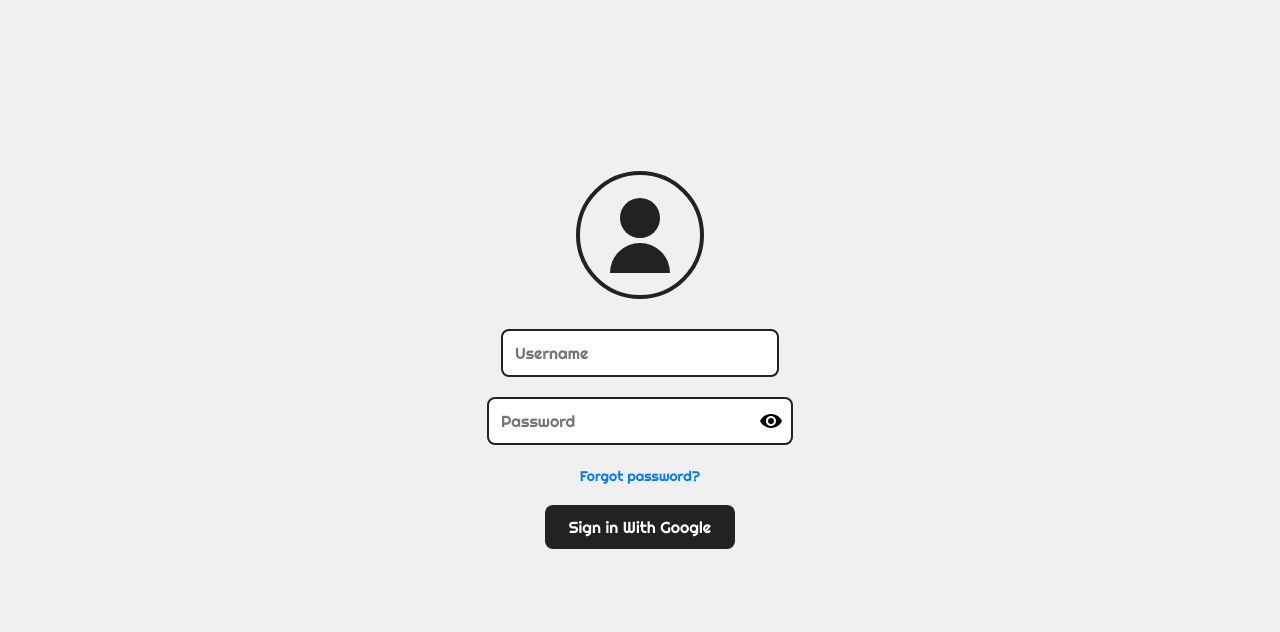
Repository: saifg123/Peer
Page: signin.html
An editor plug-in stored every save of this project. The page is shown before and after the next save, followed by the edit.
The browser window is 1280 px wide. The pictures show the whole page.

Above is the page before, as saved 2025-05-19 19:27:25.

### signin.html
  <!DOCTYPE html>
  <html lang="en">
  <head>
    <script src="https://accounts.google.com/gsi/client" async defer></script>
    <meta charset="UTF-8">
    <meta name="viewport" content="width=device-width, initial-scale=1.0">
    <title>Sign In</title>
    <link href="https://fonts.googleapis.com/css2?family=Righteous&display=swap" rel="stylesheet">
    <style>

  body {
        margin: 0;
        font-family: 'Righteous', cursive;
        background-color: #f0f0f0;
        display: flex;
        flex-direction: column;
        align-items: center;
        justify-content: center;
        height: 100vh;
      }

      .sign-in-container {
        text-align: center;
      }

      .guest-avatar-large {
        width: 120px;
        height: 120px;
        border: 4px solid #222;
        border-radius: 50%;
        display: flex;
        flex-direction: column;
        justify-content: center;
        align-items: center;
        margin: 0 auto 30px;
      }

      .avatar-head {
        width: 40px;
        height: 40px;
        background-color: #222;
        border-radius: 50%;
      }

      .avatar-body {
        width: 60px;
        height: 30px;
        background-color: #222;
        border-radius: 30px 30px 0 0;
        margin-top: 5px;
      }

      .input-box {
        margin: 10px 0;
      }

      input[type="text"],
      input[type="password"] {
        width: 250px;
        padding: 12px;
        font-size: 16px;
        border: 2px solid #222;
        border-radius: 8px;
        outline: none;
        font-family: 'Righteous', cursive;
      }

      input[type="text"]:focus,
      input[type="password"]:focus {
        border-color: #007BFF;
      }

      .password-wrapper {
        position: relative;
        display: inline-block;
      }

      #passwordInput {
        padding-right: 40px;
      }

      .toggle-password {
        position: absolute;
        right: 10px;
        top: 50%;
        transform: translateY(-50%);
        cursor: pointer;
        width: 24px;
        height: 24px;
        transition: opacity 0.3s ease;
        fill: #444;
      }

      .toggle-password:hover {
        fill: #007BFF;
      }

      .forgot-password {
        margin-top: 10px;
        margin-bottom: 20px;
      }

      .forgot-password a {
        text-decoration: none;
        color: #007BFF;
        font-size: 14px;
      }

      .forgot-password a:hover {
        text-decoration: underline;
      }

      .submit-btn {
        background-color: #222;
        color: #fff;
        border: none;
        padding: 12px 24px;
        font-size: 16px;
        border-radius: 8px;
        cursor: pointer;
        font-family: 'Righteous', cursive;
        transition: background-color 0.3s ease;
      }

      .submit-btn:hover {
        background-color: #007BFF;
      }

      .icon-layer {
        position: absolute;
        top: 50%;
        right: 10px;
        transform: translateY(-50%);
        width: 24px;
        height: 24px;
      }

      .icon-layer svg {
        position: absolute;
        top: 0;
        left: 0;
        width: 100%;
        height: 100%;
        transition: opacity 0.3s ease;
      }

      .icon-hidden {
        opacity: 0;
      }

      .icon-visible {
        opacity: 1;
      }
    </style>
  </head>
  <body>
    <div class="sign-in-container">
      <div class="guest-avatar-large">
        <div class="avatar-head"></div>
        <div class="avatar-body"></div>
      </div>

      <div class="input-box">
        <input type="text" placeholder="Username">
      </div>

      <div class="input-box password-wrapper">
        <input type="password" id="passwordInput" placeholder="Password">
        <div class="icon-layer">
          <svg id="eyeOpen" class="icon-visible" viewBox="0 0 24 24" fill="currentColor">
            <path d="M12 5C7 5 2.7 8.1 1 12c1.7 3.9 6 7 11 7s9.3-3.1 11-7c-1.7-3.9-6-7-11-7zm0 12c-2.8
                    0-5-2.2-5-5s2.2-5 5-5 5 2.2 5 5-2.2 5-5 5zm0-8c-1.7 0-3 1.3-3 3s1.3 3
                    3 3 3-1.3 3-3-1.3-3-3-3z"/>
          </svg>
          <svg id="eyeClosed" class="icon-hidden" viewBox="0 0 24 24" fill="currentColor">
            <path d="M1 4.27L2.28 3 21 21.72 19.73 23l-2.27-2.27C15.6 21 13.86 21.5 12
                    21.5c-5 0-9.3-3.1-11-7 1.1-2.6 3.1-4.7 5.5-6.1L1 4.27zM12 6.5c4.7 0
                    8.6 2.8 10 6.5-.5 1.2-1.2 2.3-2.1 3.3l-2.1-2.1c.2-.4.3-.9.3-1.4
                    0-2.2-1.8-4-4-4-.5 0-1 .1-1.4.3l-2.1-2.1C10.7 6.6 11.3 6.5 12 6.5zm-3
                    3c0 .6.2 1.2.5 1.7l-3.8-3.8c.8-.6 1.8-1.1 2.8-1.4l1.5 1.5c-.3.5-.5
                    1-.5 1.7z"/>
          </svg>
        </div>
      </div>

      <div class="forgot-password">
        <a href="#">Forgot password?</a>
      </div>
<form onsubmit="fetchClassroomData(event)">
      <button type="submit" class="submit-btn">Sign in With Google</button>
    </form>
  </div>

  <script>
    function handleCredentialResponse(response) {
      console.log("Google ID token:", response.credential);
    }

    async function getAccessToken() {
      return new Promise((resolve, reject) => {
        google.accounts.oauth2.initTokenClient({
          client_id: '824197230866-ihf2fbgin6f0d4mntooh3mpt6qku7vrc.apps.googleusercontent.com',
          scope: [
            'https://www.googleapis.com/auth/classroom.courses.readonly',
            'https://www.googleapis.com/auth/classroom.courses.readonly',
            'https://www.googleapis.com/auth/classroom.coursework.me.readonly',
            'https://www.googleapis.com/auth/classroom.student-submissions.me.readonly',
            'https://www.googleapis.com/auth/classroom.profile.emails',
            'https://www.googleapis.com/auth/classroom.profile.photos',
            'https://www.googleapis.com/auth/classroom.announcements.readonly',
            'https://www.googleapis.com/auth/classroom.courseworkmaterials.readonly',
            'https://www.googleapis.com/auth/classroom.push-notifications',
            'https://www.googleapis.com/auth/classroom.topics.readonly',
            'https://www.googleapis.com/auth/classroom.coursework.me.readonly',
            'https://www.googleapis.com/auth/classroom.announcements.readonly',
          ].join(' '),
          callback: (tokenResponse) => {
            resolve(tokenResponse.access_token);
          }
        }).requestAccessToken();
      });
    }

    async function fetchClassroomData(event) {
  event.preventDefault();
  const token = await getAccessToken();
  if (!token) {
    alert("Please sign in with Google.");
    return;
  }

  const headers = { Authorization: `Bearer ${token}` };

  // Step 1: Get all courses for the signed-in user
  const coursesRes = await fetch("https://classroom.googleapis.com/v1/courses", { headers });
  const coursesData = await coursesRes.json();

  if (!coursesData.courses || coursesData.courses.length === 0) {
    console.log("No courses found.");
    return;
  }

  console.log("User's courses:", coursesData.courses);

  // Step 2: For each course, fetch announcements and coursework
  for (const course of coursesData.courses) {
    const courseId = course.id;
    console.log(`Fetching data for course: ${course.name} (${courseId})`);

    const endpoints = [
      `https://classroom.googleapis.com/v1/courses/${courseId}/announcements`,
      `https://classroom.googleapis.com/v1/courses/${courseId}/courseWork`
    ];

    for (const url of endpoints) {
  try {
    const res = await fetch(url, { headers });
    console.log(`Status for ${url}:`, res.status);

    if (!res.ok) {
      const errorText = await res.text();
      console.error(`Error response body from ${url}:`, errorText);
      continue;
    }

    const data = await res.json();
    console.log(`Data from ${url}:`, data);
  } catch (err) {
    console.error(`Error fetching ${url}:`, err);
  }
    }
  }}
  </script>
</body>
</html>

After the next save:
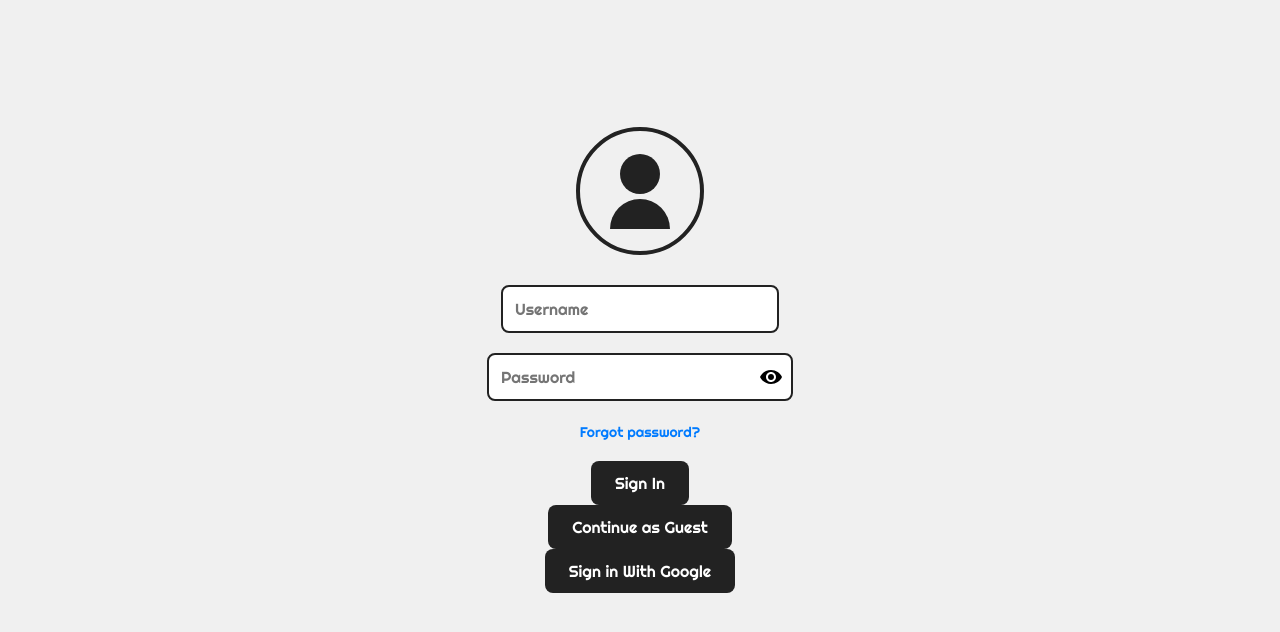
Saved 50 s later.
--- a/signin.html
+++ b/signin.html
@@ -186,6 +186,14 @@
       <div class="forgot-password">
         <a href="#">Forgot password?</a>
       </div>
+
+<form id="signin-form" onsubmit="event.preventDefault();">
+        <button type="submit" class="submit-btn">Sign In</button>
+      </form>
+      <button class="submit-btn" id="guest-btn">Continue as Guest</button>
+
+      <div class="or-divider
+
 <form onsubmit="fetchClassroomData(event)">
       <button type="submit" class="submit-btn">Sign in With Google</button>
     </form>
